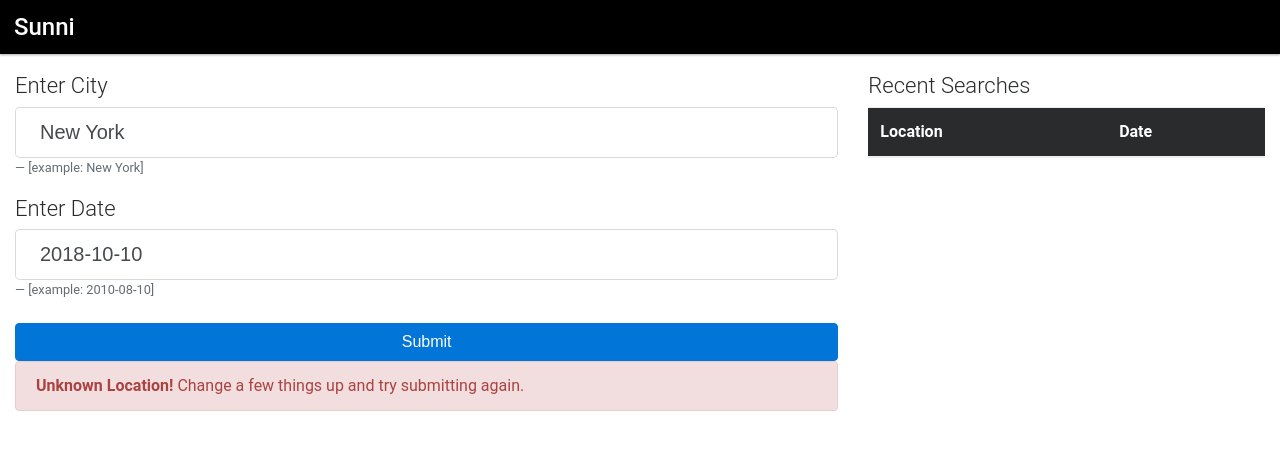
Repository: Oakga/Weather_app
Page: index.html
The author's editor kept a copy of each file at every save. The page is drawn from the files as they stood at one save, then again after the next save.
The browser window is 1280 px wide. The pictures show the whole page.
After loading, the first visible `#location-form` was submitted once.
The page's requests for data from a server got no answer.

Above is the page before, as saved 2017-09-22 07:42:54.

### index.html
<!DOCTYPE html>
<html>
<head>
    <meta charset="utf-8">
    <link rel="stylesheet" href="https://maxcdn.bootstrapcdn.com/bootstrap/4.0.0-alpha.6/css/bootstrap.min.css" integrity="sha384-rwoIResjU2yc3z8GV/NPeZWAv56rSmLldC3R/AZzGRnGxQQKnKkoFVhFQhNUwEyJ" crossorigin="anonymous">
    <!-- <link href='http://fonts.googleapis.com/css?family=Roboto:400,300,700' rel='stylesheet' type='text/css'> -->
    <link href="css/styles.css" rel="stylesheet" type="text/css">
    <script src="https://unpkg.com/axios/dist/axios.min.js"></script>
</head>
<body>
    <header>
        <h1>Sunni</h1>
    </header>
    <div class="container-fluid">
        <div class="row">
            <div class="col-sm-8">
                <form id="location-form">
                    <h2>Enter City</h2><input value="New York" type="text" id="location-input" class="form-control form-control-lg "/>
                    <footer class="blockquote-footer">[example: New York]</footer>
                    <h2>Enter Date</h2><input value="2018-10-10" type="text" id="date-input" class="form-control form-control-lg "/>
                    <footer class="blockquote-footer">[example: 2010-08-10]</footer>
                    <br>
                    <button type="submit" class="btn btn-primary btn-block">Submit</button>
                </form>
                <div id="formatted-address"></div>
                <div id="geometry-component"></div>
                <div id="weather-component"></div>
            </div>
            <div class="col-sm-4">
                <h2>Recent Searches</h2>
                <table class="table">
                    <thead class="thead-inverse">
                        <tr>
                            <th>Location</th>
                            <th>Date</th>
                        </tr>
                        <tbody id="history-table">
                        </tbody>
                    </thead>
                </table>
            </div>
        </div>
    </div>
</div>
<script src="js/main.js"></script>
</body>
</html>

### css/styles.css
body {
    font-family: 'Roboto', 'Sans Serif';
    font-size: 16px;
    padding: 0;
    margin: 0;
}

header {
    background-color: #000000;
    padding: 14px;
    box-shadow: 0 1px 3px rgba(0,0,0,0.12), 0 1px 2px rgba(0,0,0,0.24);
}

h1, h2, h3 {
    font-weight: 300;
}

header > h1 {
    font-weight: 500;
    font-size: 24px;
    margin: 0;
    color: #FFFFFF;
}

h2 {
    font-size: 22px;
    margin: 20px 0 8px 0;
}

.table {
    border-radius: 5px;
    width: 100%;
    float: none;
}

### js/main.js
class foreCastReport {
    constructor(Time,Humidity,Precipitation,Intensity,Wind,MaxTemperature,MinTemperature){
        this.Time = Time;
        this.Humidity = Humidity;
        this.Precipitation = Precipitation;
        this.Intensity = Intensity;
        this.Wind = Wind;
        this.MaxTemperature = MaxTemperature;
        this.MinTemperature = MinTemperature;
    };
};

class todayReport {
    constructor(Time,Summary,Humidity,Temperature, Precipitation,Intensity,Wind,){
        this.Time = Time;
        this.Summary = Summary;
        this.Humidity = Humidity;
        this.Temperature = Temperature;
        this.Precipitation = Precipitation;
        this.Intensity = Intensity;
        this.Wind = Wind;
    };
};

const geoCode = (location, time=Date.now()) => {
    axios.get('https://maps.googleapis.com/maps/api/geocode/json',{
    params:{
        address: location,
        key: 'AIzaSyAkYBjwd7ygcP8GpAz47QsP3s3vaweLAE0'
    }
}).then(function(response){
    const formattedAddr = response.data.results[0].formatted_address;
    const formattedAddrOutput = `
    <h2> Current Search Location: </h2>
    <ul class="list-group">
    <li class="list-group-item">
    ${formattedAddr}
    </li>
    </ul>
    `;
    let addressComponents = response.data.results[0].address_components;
    let lat = Math.round(response.data.results[0].geometry.location.lat*10000)/10000;
    let lng = Math.round(response.data.results[0].geometry.location.lng*10000)/10000;
    let geometryOutput = `
    <ul class="list-group">
    <li class="list-group-item">
    <strong>
    Latitude
    </strong>: ${lat}
    </li>
    <li class="list-group-item">
    <strong>
    Longitude
    </strong>: ${lng}
    </li>
    </ul>
    <br>
    `;
    document.getElementById('formatted-address').innerHTML = formattedAddrOutput;
    document.getElementById('geometry-component').innerHTML = geometryOutput;

    darkSky(lat,lng,time);
    updateHistory(formattedAddr,time);

})
.catch(function(error){
    console.log(error);
    const formattedAddrOutput = `
    <div class="alert alert-danger" role="alert">
    <strong>Unknown Location!</strong> Change a few things up and try submitting again.
    </div>
    `;
    document.getElementById('formatted-address').innerHTML = formattedAddrOutput;
})
};
const weeklyWeatherTable = (response) => {
    let weeklyReport = [];
    const currentDate =  response.data.currently;
    const dailyDate = response.data.daily.data;
    let formattedTime;
    for(let i=0;i<dailyDate.length;i++){
        formattedTime= convertUnixTime(dailyDate[i].time);
        const dayReport = weeklyReport[i] = new foreCastReport(
            formattedTime,
            dailyDate[i].humidity,
            dailyDate[i].precipProbability,
            dailyDate[i].precipIntensity,
            dailyDate[i].windSpeed,
            dailyDate[i].temperatureMax,
            dailyDate[i].temperatureMin,
        );
    };
    let columnNames = ``;
    const units = ['','%','%','(mm/hr)','(m/s)','(`C)','(`C)'];
    let counter = 0;
    for ( property in weeklyReport[0] ) {
        columnNames += `
        <th>
        ${property}${units[counter]}
        </th>
        `;
        counter++;
    };

    let itemRows = ``;
    let reportForTheDay;
    for(var i=0;i<weeklyReport.length;i++){
        reportForTheDay=weeklyReport[i];
        itemRows += `
        <tr>
        <th scope="row">${reportForTheDay.Time}</th>
        <td>${reportForTheDay.Humidity}</td>
        <td>${reportForTheDay.Precipitation}</td>
        <td>${reportForTheDay.Intensity}</td>
        <td>${reportForTheDay.Wind}</td>
        <td>${reportForTheDay.MaxTemperature}</td>
        <td>${reportForTheDay.MinTemperature}</td>
        </tr>`
    };

    let tableOutput = `
    <h2> Upcoming Forecasts </h2>
    <table class="table">
    <thead class="thead-inverse" id="table-index">
    ${columnNames}
    </thead>
    <tbody>
    ${itemRows}
    </tbody>
    </table>
    `;
    document.getElementById('weather-component').innerHTML = tableOutput;
};
const darkSky = (lat, lng, date = Date.now()) => {
    let apiCall = 'https://cors-anywhere.herokuapp.com/https://api.darksky.net/forecast/c84a2f187efcca194054935abae32b10/'+lat+','+lng;
    axios.get(apiCall,{
        params: {
            exclude: '[hourly,flags]',
            time: date,
            unit: '[si]',
        }
    }).then(function(response){
        weeklyWeatherTable(response);
    })
    .catch(function(error){
        console.log(error);
        const alert = `
        <div class="alert alert-danger" role="alert">
        <strong>Cannot find Weather information!</strong> Change a few things up and try submitting again.
        </div>
        `;
        document.getElementById('weather-component').insertAdjacentHTML("afterbegin",alert);
    })
    ;
}

const convertUnixTime = (time) => {
    let date = new Date(time*1000);
    const months = ['Jan','Feb','Mar','Apr','May','Jun','Jul','Aug','Sep','Oct','Nov','Dec'];
    year = date.getFullYear();
    month = months[date.getMonth()];
    numDate = date.getDate();
    formattedTime = numDate + ' ' + month + ' ' + year;
    return formattedTime;
}
const updateHistory = (location,time) => {
    const formattedTime = convertUnixTime(time);

    let itemRows = ``;
    itemRows += `
    <tr>
    <td>${location}</td>
    <td>${formattedTime}</td>
    </tr>`;


    const table = document.getElementById('history-table');
    if(table.childElementCount>=5){
        table.removeChild(table.firstElementChild);
    };
    document.getElementById('history-table').insertAdjacentHTML("afterbegin",itemRows);
};


document.getElementById('location-form').addEventListener('submit', function (e){
    e.preventDefault();
    const location = document.getElementById('location-input').value;
    const date = document.getElementById('date-input').value;
    if(date!==null){
        const unixTime = Date.parse(date)/1000;
        geoCode(location,unixTime);
    }
    else {
        geoCode(location);
    };
});

After the next save:
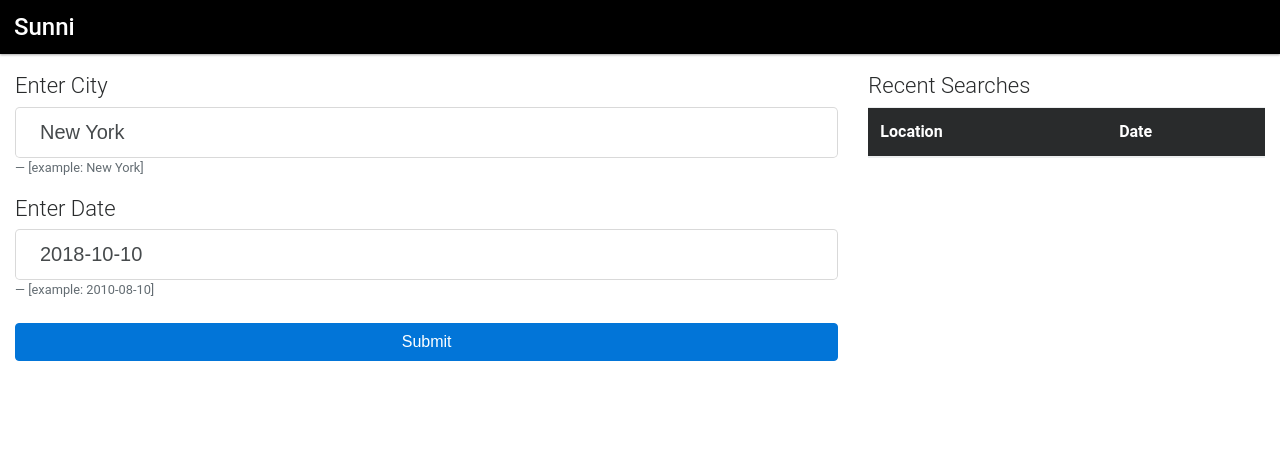
Console error: ReferenceError: date is not defined
Saved 4 min 35 s later.
--- a/js/main.js
+++ b/js/main.js
@@ -79,7 +79,7 @@
     const dailyDate = response.data.daily.data;
     let formattedTime;
     for(let i=0;i<dailyDate.length;i++){
-        formattedTime= convertUnixTime(dailyDate[i].time);
+        formattedTime= convertToDateTime(dailyDate[i].time);
         const dayReport = weeklyReport[i] = new foreCastReport(
             formattedTime,
             dailyDate[i].humidity,
@@ -154,7 +154,7 @@
     ;
 }
 
-const convertUnixTime = (time) => {
+const convertToDateTime = (time) => {
     let date = new Date(time*1000);
     const months = ['Jan','Feb','Mar','Apr','May','Jun','Jul','Aug','Sep','Oct','Nov','Dec'];
     year = date.getFullYear();
@@ -162,9 +162,13 @@
     numDate = date.getDate();
     formattedTime = numDate + ' ' + month + ' ' + year;
     return formattedTime;
+};
+
+const convertToUnixTime = (time) => {
+    return Date.parse(date)/1000;
 }
 const updateHistory = (location,time) => {
-    const formattedTime = convertUnixTime(time);
+    const formattedTime = convertToDateTime(time);
 
     let itemRows = ``;
     itemRows += `
@@ -187,7 +191,7 @@
     const location = document.getElementById('location-input').value;
     const date = document.getElementById('date-input').value;
     if(date!==null){
-        const unixTime = Date.parse(date)/1000;
+        const unixTime = convertToUnixTime(date);
         geoCode(location,unixTime);
     }
     else {

After the save that followed:
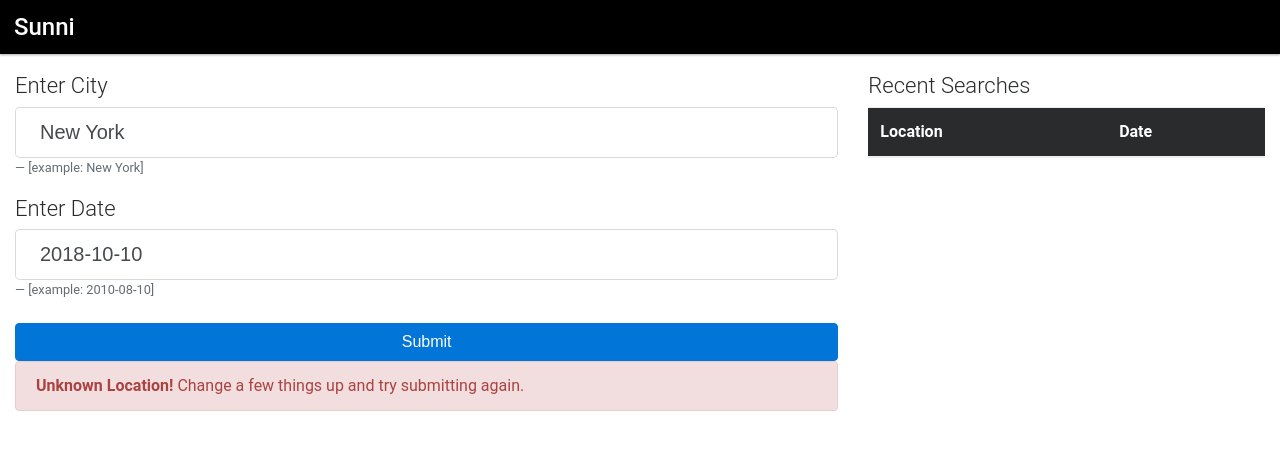
The error is gone.
Saved 25 s later.
--- a/js/main.js
+++ b/js/main.js
@@ -165,7 +165,7 @@
 };
 
 const convertToUnixTime = (time) => {
-    return Date.parse(date)/1000;
+    return Date.parse(time)/1000;
 }
 const updateHistory = (location,time) => {
     const formattedTime = convertToDateTime(time);
